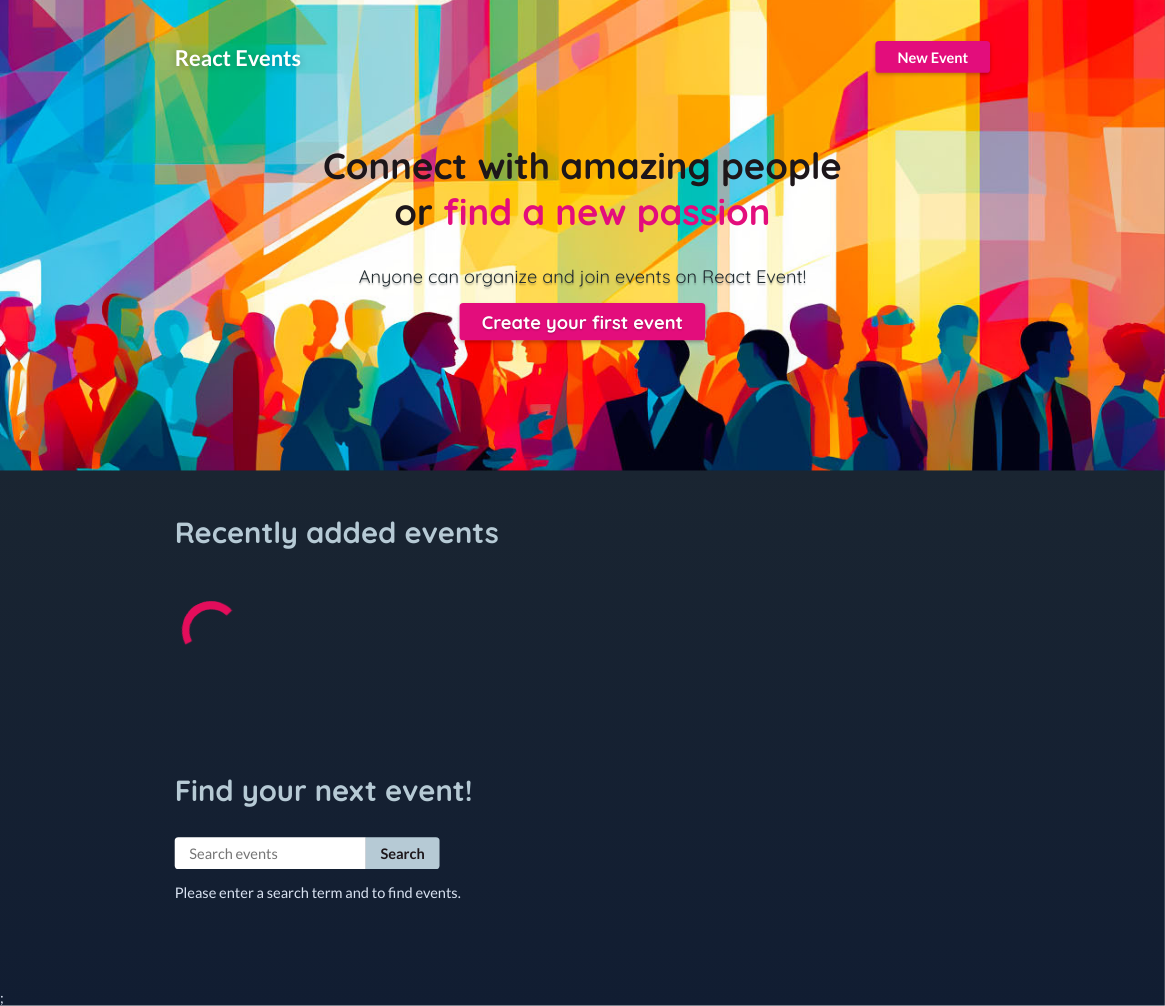
Repository: zhengbinxue/React-Query-Project
Page: /
These files come from the project's save history. The page is drawn as it stood at one moment and after the next save; the edit follows.
The browser window is 1280 px wide. The pictures show the whole page, at 91% of full size.
The page's requests for data from a server got no answer. The project was rebuilt for these pictures with package versions that can differ from the ones it lists, and the page was loaded fresh each time. No one was signed in, and anything a server would have sent is missing. Also part of the build but not shown: vite.config.js, src/components/UI/ErrorBlock.jsx, src/components/Events/EventItem.jsx, src/components/Events/EventDetails.jsx, src/components/UI/Modal.jsx, src/components/ImagePicker.jsx, src/components/Events/EventForm.jsx, src/components/Events/NewEvent.jsx and 1 more.

Above is the page before, as saved 2024-08-09 03:33:09.

After the next save:
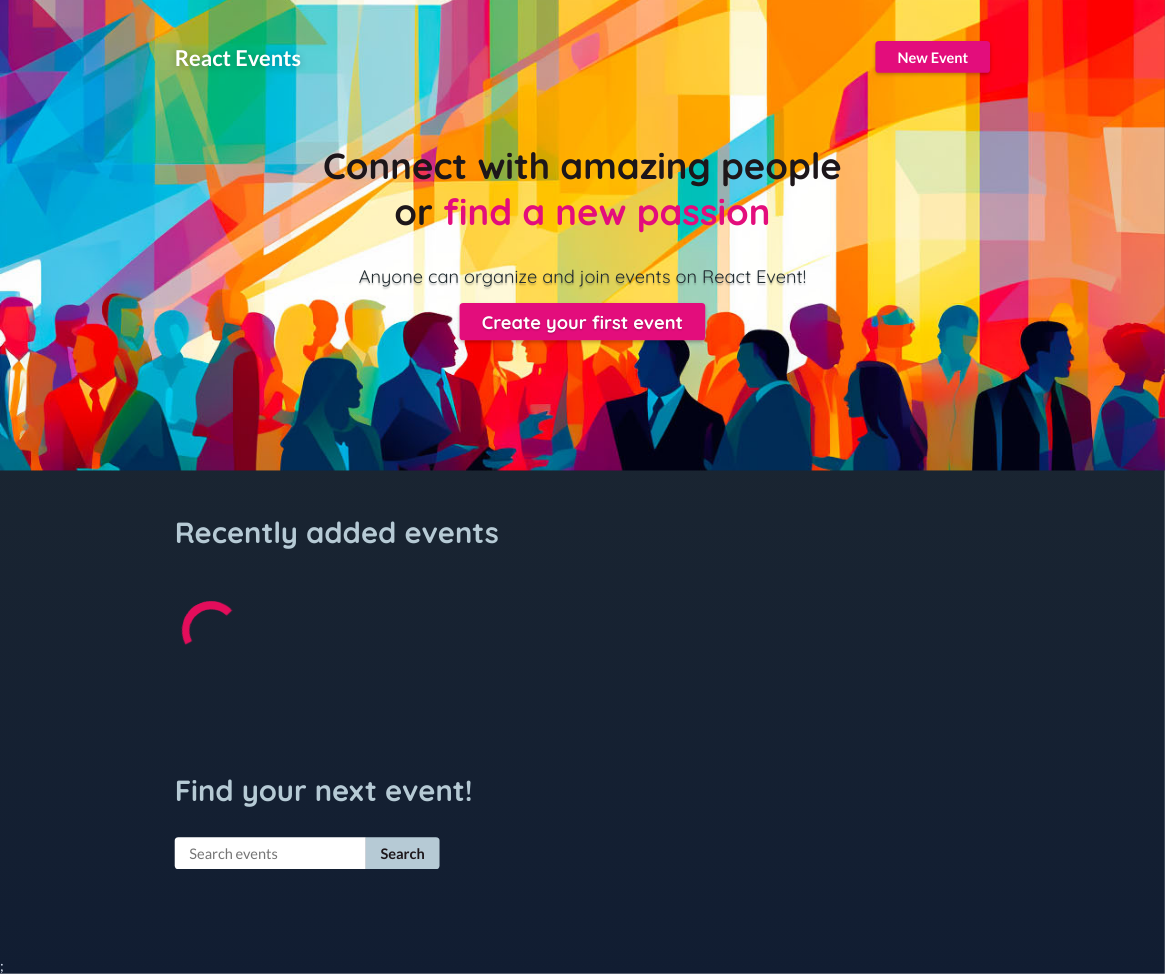
Saved 15 s later.
--- a/src/components/Events/FindEventSection.jsx
+++ b/src/components/Events/FindEventSection.jsx
@@ -58,7 +58,7 @@ export default function FindEventSection() {
           <button>Search</button>
         </form>
       </header>
-      <p>Please enter a search term and to find events.</p>
+      <p>{event}</p>
     </section>
   );
 }
